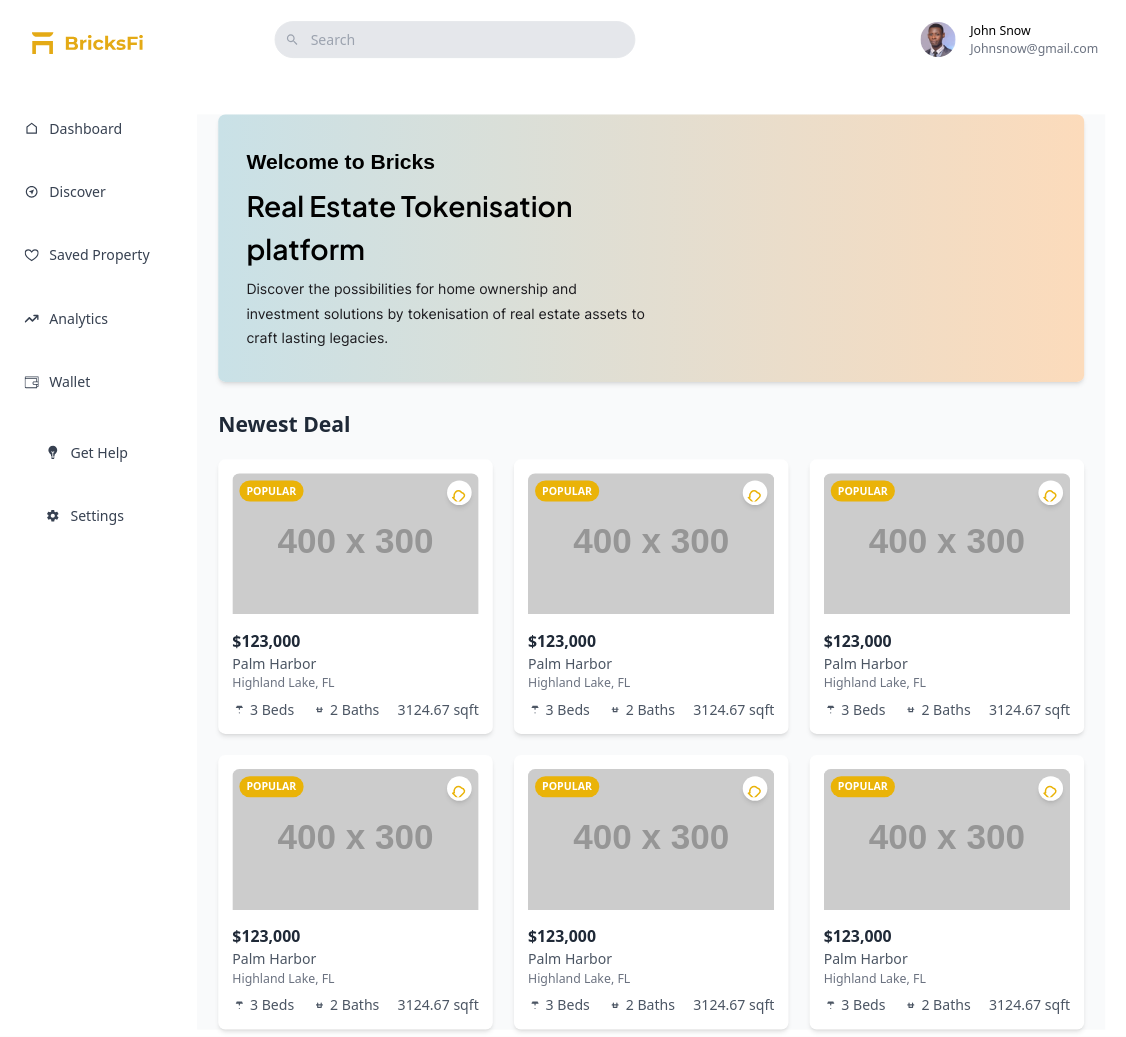
Repository: AyomideAkintade/BricksFi-Frontend
Page: /dashboard/discover (app in client/)
An editor plug-in stored every save of this project. The page is shown before and after the next save, followed by the edit.
The browser window is 1280 px wide. The pictures show the whole page, at 88% of full size.
The page's requests for data from a server got no answer. The project was rebuilt for these pictures with package versions that can differ from the ones it lists, and the page was loaded fresh each time. No one was signed in, and anything a server would have sent is missing. Also part of the build but not shown: client/src/components/navbar.jsx, client/src/components/home.jsx, client/src/components/homeSecond.jsx, client/src/components/homeThird.jsx, client/src/components/homeFifth.jsx, client/src/components/homeSixth.jsx, client/src/components/homeSeventh.jsx, client/src/api/base.js and 16 more.

Above is the page before, as saved 2024-10-04 23:39:20.

### client/src/index.css
@import "tailwindcss/base";
@import "tailwindcss/components";
@import "tailwindcss/utilities";


@layer utilities {
    @font-face {
      font-family: Bebas Neue;
      font-weight: 400;
      src: url(/src/assets/fonts/BebasNeue-Regular.ttf) format("truetype");
    }
    @font-face {
      font-family: Manrope;
      src: url(/src/assets/fonts/Manrope-VariableFont_wght.ttf) format("truetype");
    }
    @font-face {
      font-family: DM Sans;
      src: url(/src/assets/fonts/DMSans-VariableFont_opsz.ttf) format("truetype");
    }
    @font-face {
      font-family: inter;
      src: url(/src/assets/fonts/Inter-VariableFont_slnt\,wght.ttf) format("truetype");
    }
    @font-face {
      font-family: Archivo;
      src: url(/src/assets/fonts/Archivo-Bold.ttf) format("truetype");
    }
    @font-face {
      font-family: Rubik;
      src: url(/src/assets/fonts/Rubik-VariableFont_wght.ttf) format("truetype");
    }
    @font-face {
      font-family: CircularStd;
      src: url(/src/assets/fonts/CircularStd-Bold.ttf) format("truetype");
      src: url(/src/assets/fonts/CircularStd-Medium.ttf) format("truetype");
    }
    @font-face {
        font-family: Poppins;
        src: url(/src/assets/fonts/Poppins-Regular.ttf) format("truetype"), url(/src/assets/fonts/Poppins-Bold.ttf) format("truetype"), url(/src/assets/fonts/Poppins-Medium.ttf) format("truetype");
      }
    @font-face {
      font-family: Lato;
      src: url(/src/assets/fonts/Lato-Regular.ttf) format("truetype"), url(/src/assets/fonts/Lato-Bold.ttf) format("truetype");
    }
    @font-face {
      font-family: satoshi;
      src: url(/src/assets/fonts/Satoshi-Variable.ttf) format("truetype");
    }
    @font-face {
      font-family: ClashDisplay;
      src: url(/src/assets/fonts/ClashDisplay-Variable.ttf) format("truetype");
    }
    @font-face {
      font-family: Outfit;
      src: url(/src/assets/fonts/Outfit-VariableFont_wght.ttf) format("truetype");
    }
    @font-face {
      font-family: Futura;
      src: url(/src/assets/fonts/Futura-Std-Book.ttf) format("truetype");
    }
    @font-face {
      font-family: NeurialGrotesk;
      font-weight: normal;
      src:  url(/src/assets/fonts/NeurialGrotesk-Regular.otf) format("opentype");
    }
    @font-face {
      font-family: NeurialGrotesk;
      font-weight: bold;
      src:  url(/src/assets/fonts/NeurialGrotesk-Bold.otf) format("opentype");
    }
    @font-face {
      font-family: NeurialGrotesk;
      font-weight: 500;
      src:  url(/src/assets/fonts/NeurialGrotesk-Medium.otf) format("opentype");
    }
    @font-face {
        font-family: Jakarta;
        src:  url(/src/assets/fonts/PlusJakartaSans-VariableFont_wght.ttf) format("truetype");
      }
}

### client/src/App.js
import { BrowserRouter as Router, Route, Routes } from "react-router-dom";
import Home from "./pages/homePage";
import HomeFourth from "./components/login.jsx";
import HomeEight from "./components/signup.jsx";
import ForgotPasswordPage from "./components/forgotPassword.jsx";
import DashboardLayout from "./pages/dashboardLayout";
import DashboardPage from "./pages/dashboard.jsx";
import PieAnalytics from "./components/analytics.jsx";
import Discover from "./components/discover.jsx";
import SavedPropertyPage from "./components/savedProperties.jsx";
import { ToastContainer } from "react-toastify";
import 'react-toastify/dist/ReactToastify.css';
import { useEffect, useState } from "react";
import { BrCookies } from "./utils/storage/cookies.js";
// import DiscoverPage from "./pages/discover.jsx";
// import SavedPropertyPage from "./pages/savedProperty.jsx";

function App() {

  const [ loggedIn, setLoggedIn ] = useState(false);
  const [ isLoading, setLoading ] = useState(true);

  useEffect(()=>{
    const ck = new BrCookies(document);
    ck.getCookie('authToken')
      .then((value) => {
        setLoggedIn(true);
        setLoading(false);
      })
      .catch((e) => {
        setLoading(false);
        // this.setState({ isLoading: false }); // Set loading to false even if there is an error
      });
  }, [])
  if (isLoading) {
    return <div></div>;
  }

  return (
    <div>
      <ToastContainer limit={5} />
      {loggedIn ?
      <Router>
        <Routes>
          <Route path="*" element={<DashboardLayout />}>
            <Route index element={<DashboardPage />} />
          </Route>
          <Route path="/dashboard" element={<DashboardLayout />}>
            <Route index element={<DashboardPage />} />
            <Route path="discover" element={<Discover/>} />
            <Route path="saved-property" element={<SavedPropertyPage/>} />
            <Route path="analytics" element={<PieAnalytics />} />
          </Route>
        </Routes>
      </Router>
      :
      <Router>
        <Routes>
          {/* Public Routes */}
          <Route path="/" element={<Home />} />
          <Route path="/login" element={<HomeFourth />} />
          <Route path="/signup" element={<HomeEight />} />
          <Route path="/forgot-password" element={<ForgotPasswordPage />} />

          {/* Dashboard Routes with Sidebar and Header */}
          <Route path="/dashboard" element={<DashboardLayout />}>
            <Route index element={<DashboardPage />} />
            <Route path="discover" element={<Discover/>} />
            <Route path="saved-property" element={<SavedPropertyPage/>} />
            <Route path="analytics" element={<PieAnalytics />} />
          </Route>
        </Routes>
      </Router>
      }
    </div>
  );
}

export default App;

### client/src/pages/dashboardLayout.jsx
import React from 'react';
import Sidebar from '../components/sidebar';
import Header from '../components/header';
import { Outlet } from 'react-router-dom';

const DashboardLayout = () => {
  return (
    <div className="flex">
      {/* Sidebar */}
      <Sidebar />

      <div className="flex-1 ml-[200px]">
        {/* Header */}
        <Header />

        <div className="px-6 py-2">
          {/* Outlet will render the child routes here */}
          <Outlet />
        </div>
      </div>
    </div>
  );
};

export default DashboardLayout;

### client/src/components/discover.jsx
import React from 'react';

const properties = [
  {
    id: 1,
    price: "$123,000",
    name: "Palm Harbor",
    location: "Highland Lake, FL",
    bedrooms: 3,
    bathrooms: 2,
    area: "3124.67 sqft",
    imageUrl: "https://via.placeholder.com/400x300", // Replace with actual image URL
    popular: true,
  },
  {
    id: 2,
    price: "$123,000",
    name: "Palm Harbor",
    location: "Highland Lake, FL",
    bedrooms: 3,
    bathrooms: 2,
    area: "3124.67 sqft",
    imageUrl: "https://via.placeholder.com/400x300", // Replace with actual image URL
    popular: true,
  },
  {
    id: 3,
    price: "$123,000",
    name: "Palm Harbor",
    location: "Highland Lake, FL",
    bedrooms: 3,
    bathrooms: 2,
    area: "3124.67 sqft",
    imageUrl: "https://via.placeholder.com/400x300", // Replace with actual image URL
    popular: true,
  },
  {
    id: 4,
    price: "$123,000",
    name: "Palm Harbor",
    location: "Highland Lake, FL",
    bedrooms: 3,
    bathrooms: 2,
    area: "3124.67 sqft",
    imageUrl: "https://via.placeholder.com/400x300", // Replace with actual image URL
    popular: true,
  },
  {
    id: 5,
    price: "$123,000",
    name: "Palm Harbor",
    location: "Highland Lake, FL",
    bedrooms: 3,
    bathrooms: 2,
    area: "3124.67 sqft",
    imageUrl: "https://via.placeholder.com/400x300", // Replace with actual image URL
    popular: true,
  },
  {
    id: 6,
    price: "$123,000",
    name: "Palm Harbor",
    location: "Highland Lake, FL",
    bedrooms: 3,
    bathrooms: 2,
    area: "3124.67 sqft",
    imageUrl: "https://via.placeholder.com/400x300", // Replace with actual image URL
    popular: true,
  },
  // Add more property data as needed
];

const Discover = () => {
  return (
    <div className="bg-gray-50 min-h-screen">
      {/* Hero Section */}
      <section className="bg-gradient-to-r from-[#C9E1E7] to-[#FCDBBB] p-8 py-9 rounded-lg mx-6 my-8 shadow-md">
        <div className="flex">
          <div className='flex flex-col gap-2 w-6/12'>
            <h1 className="text-[24px] font-semibold font-[sans-serif]">
              Welcome to Bricks
            </h1>
            <p className="text-[32px] font-semibold font-jakarta">
              Real Estate Tokenisation platform
            </p>
            <p className="text-[#1C1B1F] tracking-[2%] font-inter leading-[28px]">
              Discover the possibilities for home ownership and investment
              solutions by tokenisation of real estate assets to craft lasting
              legacies.
            </p>
          </div>
          {/* <div>
            <img
              src="https://via.placeholder.com/600x400" // Replace with actual image URL
              alt="Real Estate Building"
              className="w-full rounded-lg"
            />
          </div> */}
        </div>
      </section>

      {/* Newest Deal Section */}
      <section className="px-6">
        <h2 className="text-2xl font-semibold text-gray-800 mb-6">Newest Deal</h2>
        <div className="grid grid-cols-1 md:grid-cols-3 lg:grid-cols-3 gap-6">
          {properties.map((property) => (
            <div key={property.id} className="bg-white p-4 rounded-lg shadow-md">
              <div className="relative">
                <img
                  src={property.imageUrl}
                  alt={property.name}
                  className="w-full h-40 object-cover rounded-t-lg"
                />
                {property.popular && (
                  <div className="absolute top-2 left-2 bg-yellow-500 text-white text-xs font-semibold px-2 py-1 rounded-full">
                    POPULAR
                  </div>
                )}
                <button className="absolute top-2 right-2 bg-white p-1 rounded-full shadow-md">
                  <svg
                    xmlns="http://www.w3.org/2000/svg"
                    fill="none"
                    viewBox="0 0 24 24"
                    stroke="currentColor"
                    className="w-5 h-5 text-yellow-500"
                  >
                    <path
                      strokeLinecap="round"
                      strokeLinejoin="round"
                      strokeWidth={2}
                      d="M5.121 17.804A4.992 4.992 0 015 15c0-1.38.56-2.63 1.464-3.536l.707-.707c.879-.88 2.03-1.464 3.537-1.464 1.507 0 2.658.584 3.537 1.464l.707.707A4.992 4.992 0 0119 15a4.992 4.992 0 01-1.465 3.535l-6.585 6.585a1 1 0 01-1.414 0l-6.585-6.585z"
                    />
                  </svg>
                </button>
              </div>
              <div className="mt-4">
                <h3 className="text-lg font-semibold text-gray-800">{property.price}</h3>
                <p className="text-gray-600">{property.name}</p>
                <p className="text-sm text-gray-500">{property.location}</p>
                <div className="flex items-center justify-between mt-2">
                  <div className="flex items-center text-gray-600">
                    <svg
                      xmlns="http://www.w3.org/2000/svg"
                      fill="none"
                      viewBox="0 0 24 24"
                      stroke="currentColor"
                      className="w-4 h-4 mr-1"
                    >
                      <path
                        strokeLinecap="round"
                        strokeLinejoin="round"
                        strokeWidth={2}
                        d="M8 7h8M7 9h10M12 12V9m0 9h.01"
                      />
                    </svg>
                    {property.bedrooms} Beds
                  </div>
                  <div className="flex items-center text-gray-600">
                    <svg
                      xmlns="http://www.w3.org/2000/svg"
                      fill="none"
                      viewBox="0 0 24 24"
                      stroke="currentColor"
                      className="w-4 h-4 mr-1"
                    >
                      <path
                        strokeLinecap="round"
                        strokeLinejoin="round"
                        strokeWidth={2}
                        d="M7 12h10M9 12v4h6v-4M9 9v3m6-3v3"
                      />
                    </svg>
                    {property.bathrooms} Baths
                  </div>
                  <div className="text-gray-600">{property.area}</div>
                </div>
              </div>
            </div>
          ))}
        </div>
      </section>
    </div>
  );
};

export default Discover;

### client/src/utils/storage/cookies.js

// eslint-disable-next-line no-unused-vars
class BrCookies {

    constructor(document) {
        this.document = document || (typeof document !== "undefined" ? document : null);
    }

    /**
     *
     * @param {Array<CookieData>} dataList
     */

    saveCookies(dataList){

        if (!Array.isArray(dataList)) {
            throw new Error("Data list must be an array.");
        }

        for (const data of dataList) {
            if (!(data instanceof CookieData)) {
                throw new Error("Invalid cookie data format.");
            }

            // save each cookie
            let cookieValue = `${data.name}=${data.value}; expires=${data.expiryDate.toUTCString()}; path=/`;

            // Set SameSite=None if running on localhost
            if (window.location.hostname !== 'localhost') {

                cookieValue += '; SameSite=Strict; Secure'
            }

            this.document.cookie = cookieValue;
        }
    }

    async getCookie(name) {
        return new Promise((resolve, reject) => {
          const cookies = this.document.cookie.split('; ');
          for (const cookie of cookies) {
            const [cookieName, cookieValue] = cookie.split('=');
            if (cookieName === name) {
              resolve(cookieValue);
              return;
            }
          }
          reject(new Error(`Cookie with name ${name} not found.`));
        });
    }

    removeCookie(name) {
        this.document.cookie = name + "=;Path=/;expires=Thu, 01 Jan 1970 00:00:00 GMT";
    }

    removeAllCookies() {
        const cookies = this.document.cookie.split(";");
        for (var i = 0; i < cookies.length; i++) {
            const cookie = cookies[i];
            const eqPos = cookie.indexOf("=");
            const name = eqPos > -1 ? cookie.substr(0, eqPos) : cookie;
            document.cookie = name + "=;Path=/;expires=Thu, 01 Jan 1970 00:00:00 GMT";
        }
    }
}


class CookieData {
    constructor(name, value, expiryDate) {

        if (typeof name !== "string" || typeof value !== "string" || !(expiryDate instanceof Date) || name.length === 0) {
            throw new Error("Invalid CookieData format.");
        }

        this.name = name;
        this.value = value;
        this.expiryDate = expiryDate;
    }
}

function createCookieDate(timeInSec) {

    const timeInDays = timeInSec / (3600 * 24);

    const currentDate = new Date();

    const futureDate = new Date();
    futureDate.setDate(currentDate.getDate() + timeInDays);


    return futureDate
}


export { BrCookies, CookieData, createCookieDate };

### client/src/components/sidebar.jsx
import React from 'react';
import { Link } from 'react-router-dom';
import { RiHomeLine } from "react-icons/ri";
import { RiCompassDiscoverLine } from "react-icons/ri";
import { GrFavorite } from "react-icons/gr";
import { FaArrowTrendUp } from "react-icons/fa6";
import { TfiWallet } from "react-icons/tfi";
import { IoBulbSharp } from "react-icons/io5";
import { IoMdSettings } from "react-icons/io";
import BricksFi from "../assets/bricksfi.svg"

const Sidebar = () => {
  return (
    <aside className="bg-white h-screen w-[15%] fixed p-3 min-w-[200px]">
      <div className="p-6">
        <img
        src={BricksFi}
        alt='BricksFi'
        className='w-full'
        />
      </div>
      <nav className="mt-8">
        <ul className="space-y-4">
          <li className="p-4 hover:bg-yellow-100">
            <Link to="/dashboard" className="flex items-center text-gray-700">
              <RiHomeLine className="mr-3" /> Dashboard
            </Link>
          </li>
          <li className="p-4 hover:bg-yellow-100">
            <Link to="/dashboard/discover" className="flex items-center text-gray-700">
              <RiCompassDiscoverLine className="mr-3" /> Discover
            </Link>
          </li>
          <li className="p-4 hover:bg-yellow-100">
            <Link to="/dashboard/saved-property" className="flex items-center text-gray-700">
              <GrFavorite className="mr-3" /> Saved Property
            </Link>
          </li>
          <li className="p-4 hover:bg-yellow-100">
            <Link to="/dashboard/analytics" className="flex items-center text-gray-700">
              <FaArrowTrendUp className="mr-3" /> Analytics
            </Link>
          </li>
          <li className="p-4 hover:bg-yellow-100">
            <Link to="/dashboard/wallet" className="flex items-center text-gray-700">
              <TfiWallet className="mr-3" /> Wallet
            </Link>
          </li>
        </ul>
      </nav>
      <div className="mt-auto p-6">
        <ul className="space-y-4">
          <li className="p-4 hover:bg-yellow-100">
            <Link to="/" className="flex items-center text-gray-700">
              <IoBulbSharp className="mr-3" /> Get Help
            </Link>
          </li>
          <li className="p-4 hover:bg-yellow-100">
            <Link to="/" className="flex items-center text-gray-700">
              <IoMdSettings className="mr-3" /> Settings
            </Link>
          </li>
        </ul>
      </div>
    </aside>
  );
};

export default Sidebar;

### client/src/components/header.jsx
import React from 'react';
import COCO from "../assets/clem.jpeg"
import { IoMdSearch } from "react-icons/io";
import { IoNotificationsOutline } from "react-icons/io5";

const Header = () => {
  return (
    <div className="w-full flex gap-10 justify-between items-center py-6 bg-white sticky top-0 z-50 px-12" >
      {/* style={{boxShadow: "1px 1px 20px -8px #0000001A"}} */}
      <div className='px-16 w-full'>
      <div className="relative w-2/3">
        <input
          type="text"
          placeholder="Search"
          className="p-2 pl-10 w-full border rounded-full bg-gray-200 text-black focus:outline-none"
        />
        <IoMdSearch className="absolute left-3 top-1/2 transform -translate-y-1/2 text-gray-400" />
      </div>
      </div>
      <div className="flex items-center space-x-4 ">
        <IoNotificationsOutline className="text-gray-700 text-2xl" />
        <img
          src={COCO}
          alt="profile"
          className="rounded-full h-10 w-10"
        />
        <div className="">
          <span className="block text-sm font-medium">John Snow</span>
          <span className="block text-sm text-gray-500">Johnsnow@gmail.com</span>
        </div>
      </div>
    </div>
  );
};

export default Header;

### client/tailwind.config.js
/** @type {import('tailwindcss').Config} */
module.exports = {
  content: ["./src/**/*.{html,js,jsx}"],
  theme: {
    extend: {
      fontFamily: {
        Bebas: ['Bebas Neue'],
        Manrope: ['Manrope'],
        dmsans: ['DM Sans'],
        inter: ['inter'],
        Archivo: ['Archivo'],
        Rubik: ['Rubik'],
        CircularStd: 'CircularStd',
        Poppins: 'Poppins',
        Lato: 'Lato',
        satoshi: 'satoshi',
        ClashDisplay: 'ClashDisplay',
        outfit: 'Outfit',
        futura: 'Futura',
        Neurial: 'NeurialGrotesk',
        jakarta: 'Jakarta'
      }
    },
    screens: {
      sm: '640px',
      // => @media (min-width: 640px) { ... }

      md: '768px',
      // => @media (min-width: 768px) { ... }

      lg: '1024px',
      // => @media (min-width: 1024px) { ... }

      xl: '1280px',
      // => @media (min-width: 1280px) { ... }

      '2xl': '1536px',
      // => @media (min-width: 1536px) { ... }
      'custombp': {'raw': '(min-height: 375px),(min-width:768px)'}
    },
  },
  plugins: [],
}

Loaded but not shown: client/public/index.html (common file); client/src/index.js (common file); client/src/reportWebVitals.js (common file)

After the next save:
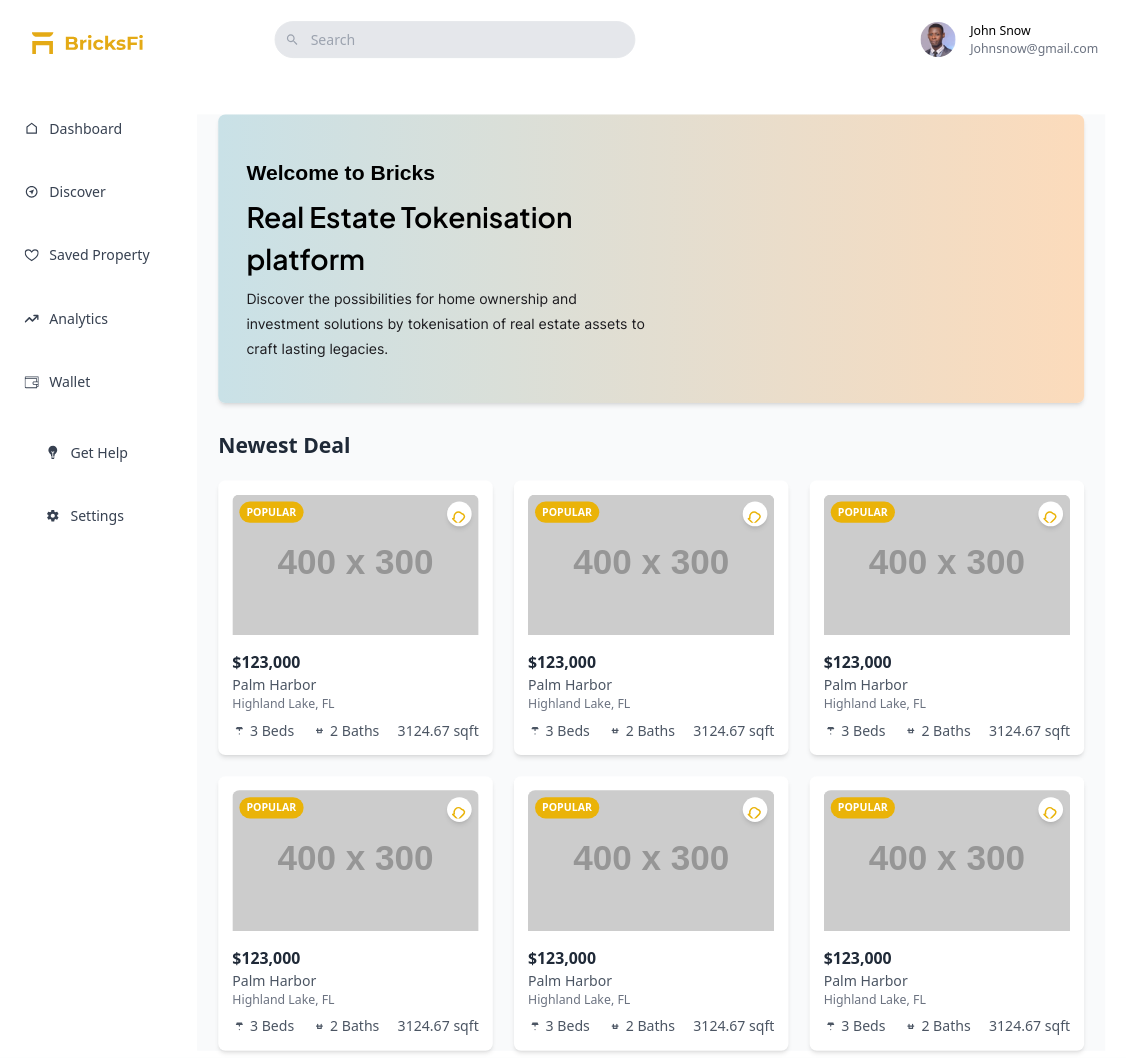
Saved 5 s later.
--- a/client/src/components/discover.jsx
+++ b/client/src/components/discover.jsx
@@ -74,7 +74,7 @@ const Discover = () => {
   return (
     <div className="bg-gray-50 min-h-screen">
       {/* Hero Section */}
-      <section className="bg-gradient-to-r from-[#C9E1E7] to-[#FCDBBB] p-8 py-9 rounded-lg mx-6 my-8 shadow-md">
+      <section className="bg-gradient-to-r from-[#C9E1E7] to-[#FCDBBB] px-8 py-12 rounded-lg mx-6 my-8 shadow-md">
         <div className="flex">
           <div className='flex flex-col gap-2 w-6/12'>
             <h1 className="text-[24px] font-semibold font-[sans-serif]">
